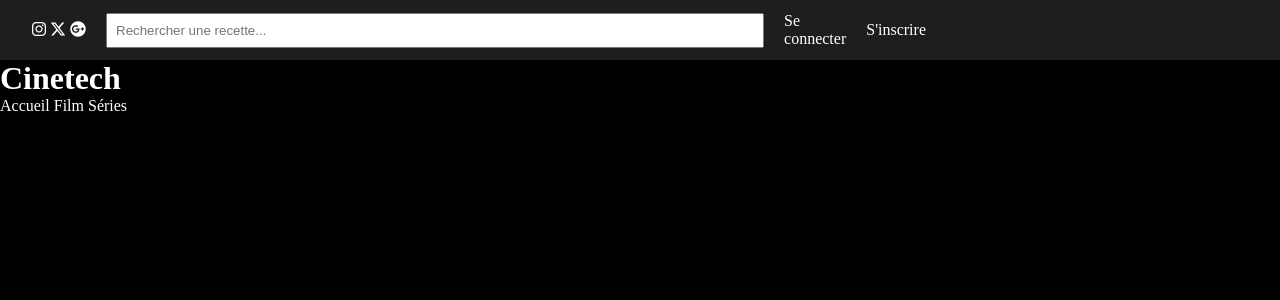
Repository: karim-sebih/cinetech
Page: index.html
The author's editor kept a copy of each file at every save. The page is drawn from the files as they stood at one save, then again after the next save.
The browser window is 1280 px wide. The pictures show the whole page.
Some web libraries are served in a nearby version.

Above is the page before, as saved 2025-04-21 12:59:36.

### index.html
<!DOCTYPE html>
<html lang="fr">
<head>
    <meta charset="UTF-8">
    <meta name="viewport" content="width=device-width, initial-scale=1.0">
    <link rel="stylesheet" href="styles/index.css">
    <script src="https://kit.fontawesome.com/ca3234fc7d.js" crossorigin="anonymous"></script>
</script>
    <title>Cinetech</title>
</head>
<body>
    <header>
        <nav class="navbar">
            <div class="buttons">
                <a href="#"><i class="fa-brands fa-instagram"></i></a>

                <a href="#"><i class="fa-brands fa-x-twitter"></i></a>

                <a href="#"><i class="fa-brands fa-google-plus"></i></a>
            </div>
            <div class="search-container">
                <input type="text" id="search-bar" placeholder="Rechercher une recette..." autocomplete="off">
                <button id="clear-search">x</button>
                <div id="suggestions" class="suggestion-box"></div>

                <div class="sign">
                    <a href="#">Se connecter</a>
                    <a href="#">S'inscrire</a>
                </div>
        </nav>
    </header>
    <div class="secondnav">
        <div class="logo">
            <H1>Cinetech</H1>
        </div>
        <div class="nav">
            <a href="/index.html">Accueil</a>

            <a href="./pages/film.html">Film</a>

            <a href="./pages/séries.html">Séries</a>
        </div>
    </div>

</body>

<script src="./js/index.js"></script>


</html>

### styles/index.css
* {
    margin: 0;
    padding: 0;
    box-sizing: border-box;
  }


  a {
    text-decoration: none;
    color: white;
    font-family: "kodchasan";
  }

  body {
    margin: 0;
    width: 100%;
    min-height: 100vh;
    overflow-x: auto;
    background-color: black;
    color: white;
  }

  /* Nav bar */

  a{
    text-decoration: none;
    color: white;
  }

  a:hover{
  color: red;
  }

  header{
  position: relative;
  padding: 0 2rem;
  background-color: rgb(31, 30, 30);
  }

  .navbar {
  width: 100%;
  max-width: 1200px;
  height: 60px;
  margin: 0;
  display: flex;
  align-items: center;
gap: 20px;

  }



.search-container {
  position: relative;
  width: 70%;
  display: flex;

  align-items: center;
}

#search-bar {
  width: 100%;
  height: 100%;
  padding: 8px;


  padding-right: 30px;
}

#clear-search {
  position: absolute;
  right: 8px;
  background: transparent;
  border: none;
  font-size: 16px;
  cursor: pointer;
  display: none; /* Caché par défaut */
}

.suggestion-box {
  position: absolute;
  width: 100%;
  background: white;

  max-height: 150px;
  overflow-y: auto;
  z-index: 1000;
  top: 35px;
}

.suggestion-item {
  padding: 8px;
  cursor: pointer;
}

.suggestion-item:hover {
  background: #f0f0f0;
}

#clear-search {
  background: none;
  border: none;
  font-size: 20px;
  color: black; /* X en noir */
  cursor: pointer;
  margin-bottom: 12px;
}


.sign{
  display: flex;
  align-items: center;
  padding: 20px;
  gap: 20Px;
}

Loaded but not shown: js/index.js (no copy from this time; the picture is the same without it)

After the next save:
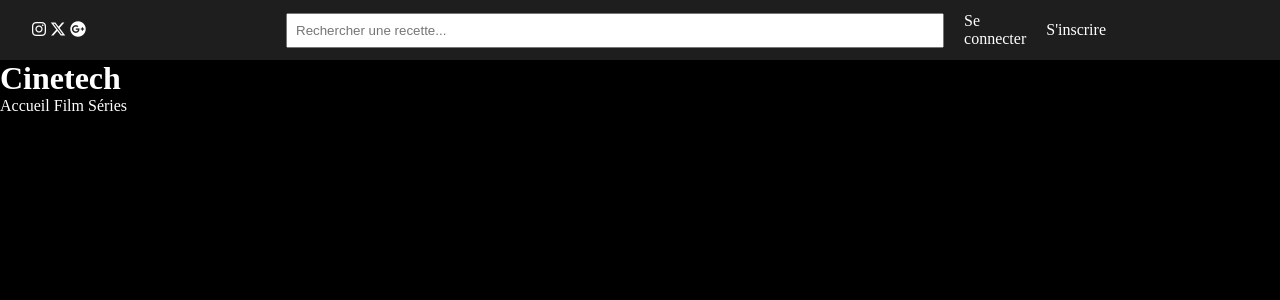
Saved 13 s later.
--- a/styles/index.css
+++ b/styles/index.css
@@ -44,7 +44,7 @@
   margin: 0;
   display: flex;
   align-items: center;
-gap: 20px;
+gap: 200px;
 
   }
 
